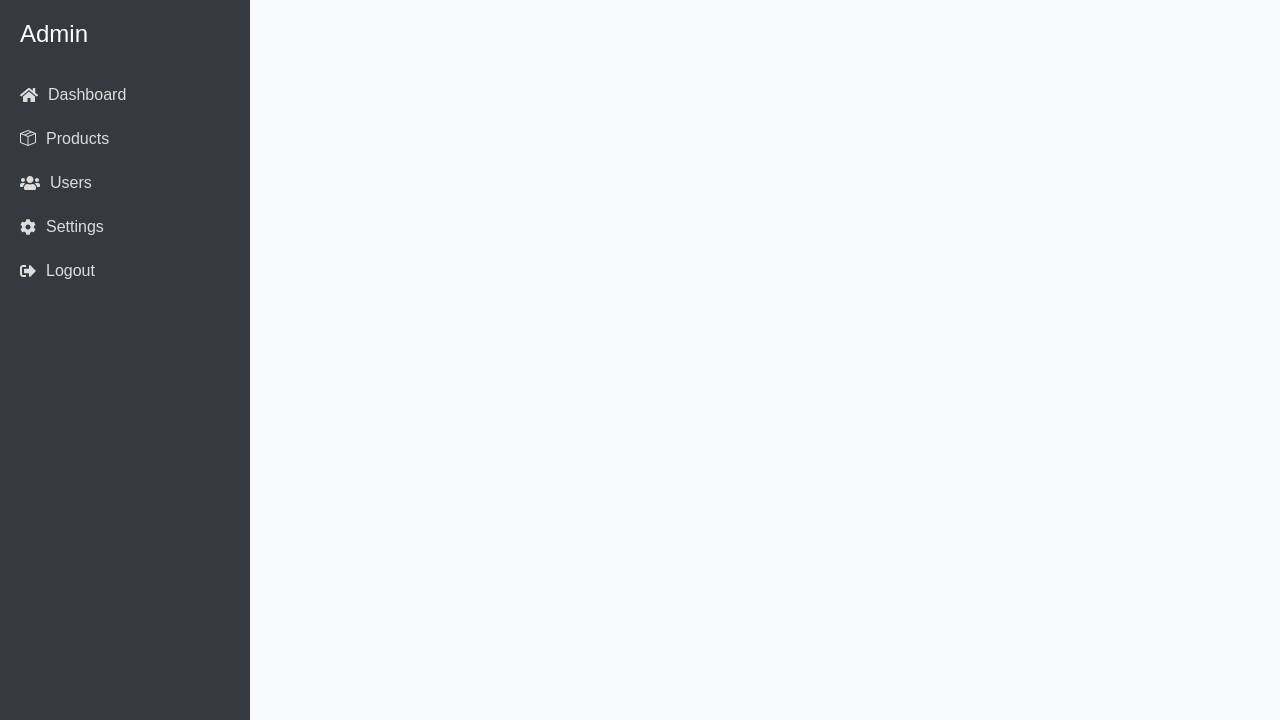
Repository: Darkrepo23/Ecommerce-Manalastas-project
Page: admin/Users-list.html
These files come from the project's save history. The page is drawn as it stood at one moment and after the next save; the edit follows.
The browser window is 1280 px wide. The pictures show the whole page.

Above is the page before, as saved 2026-01-06 09:55:48.

After the next save:
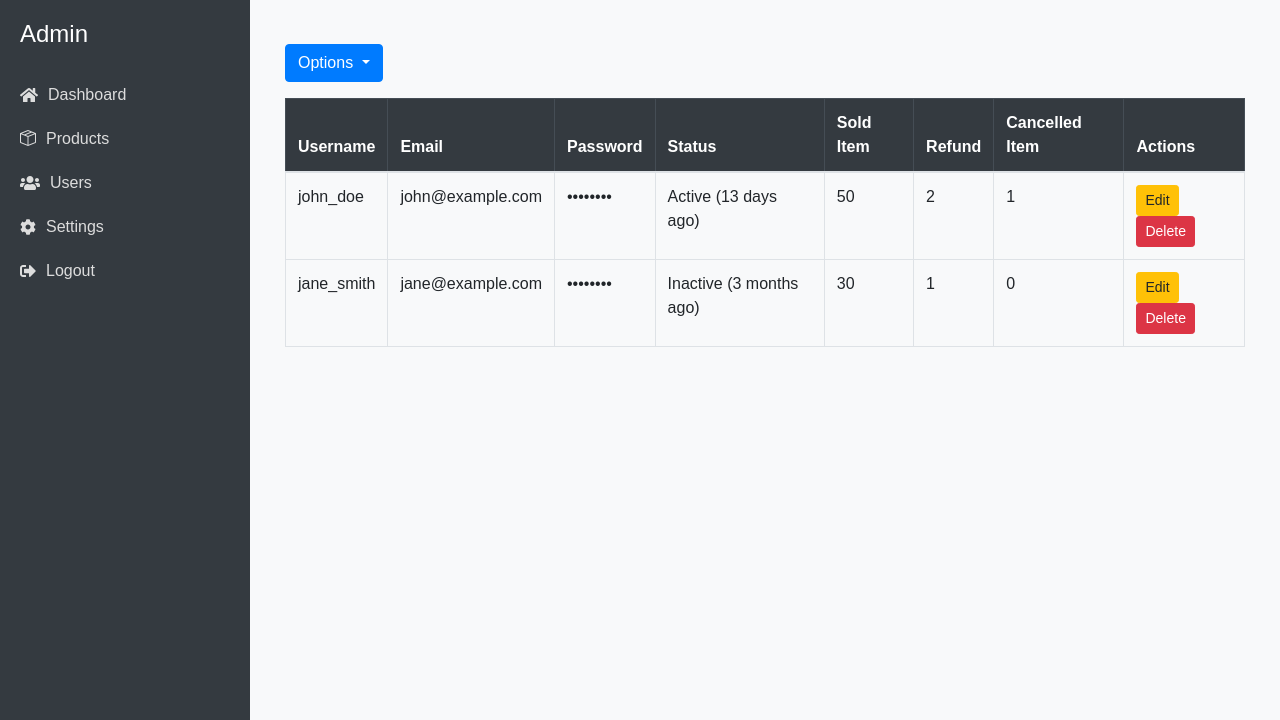
Saved 40 s later.
--- a/admin/Users-list.html
+++ b/admin/Users-list.html
@@ -159,7 +159,70 @@
 
     <!-- Main Content -->
     <div class="content">
-
+       <div class="container mt-4">
+
+  <!-- Dropdown -->
+  <div class="mb-3">
+    <div class="dropdown">
+      <button class="btn btn-primary dropdown-toggle" type="button" id="dropdownMenuButton" data-bs-toggle="dropdown" aria-expanded="false">
+        Options
+      </button>
+      <ul class="dropdown-menu" aria-labelledby="dropdownMenuButton">
+        <li><a class="dropdown-item" href="#">Add User</a></li>
+        <li><a class="dropdown-item" href="#">Export List</a></li>
+        <li><a class="dropdown-item" href="#">Settings</a></li>
+      </ul>
+    </div>
+  </div>
+
+  <!-- Users Table -->
+  <div class="table-responsive">
+    <table class="table table-bordered table-hover">
+      <thead class="table-dark">
+        <tr>
+          <th>Username</th>
+          <th>Email</th>
+          <th>Password</th>
+          <th>Status</th>
+          <th>Sold Item</th>
+          <th>Refund</th>
+          <th>Cancelled Item</th>
+          <th>Actions</th>
+        </tr>
+      </thead>
+      <tbody>
+        <!-- Example Row -->
+        <tr>
+          <td>john_doe</td>
+          <td>john@example.com</td>
+          <td>••••••••</td>
+          <td>Active (13 days ago)</td>
+          <td>50</td>
+          <td>2</td>
+          <td>1</td>
+          <td>
+            <button class="btn btn-sm btn-warning me-1">Edit</button>
+            <button class="btn btn-sm btn-danger">Delete</button>
+          </td>
+        </tr>
+        <tr>
+          <td>jane_smith</td>
+          <td>jane@example.com</td>
+          <td>••••••••</td>
+          <td>Inactive (3 months ago)</td>
+          <td>30</td>
+          <td>1</td>
+          <td>0</td>
+          <td>
+            <button class="btn btn-sm btn-warning me-1">Edit</button>
+            <button class="btn btn-sm btn-danger">Delete</button>
+          </td>
+        </tr>
+        <!-- Add more rows as needed -->
+      </tbody>
+    </table>
+  </div>
+</div>
     </div>
     <script src="https://cdn.jsdelivr.net/npm/chart.js"></script>
     <script src="https://cdn.jsdelivr.net/npm/bootstrap@5.3.0/dist/js/bootstrap.bundle.min.js"></script>
